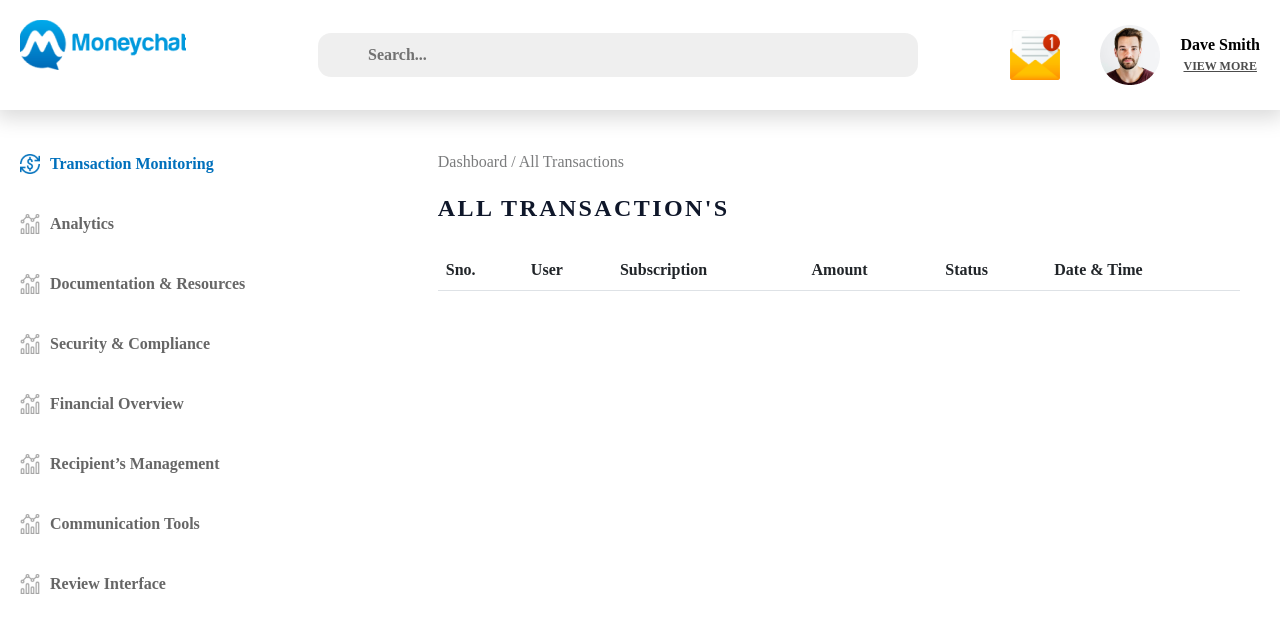
Repository: FlyweisReact/Money-Chat
Page: /transaction
An editor plug-in stored every save of this project. The page is shown before and after the next save, followed by the edit.
The browser window is 1280 px wide. The pictures show the whole page.
The project was rebuilt for these pictures with package versions that can differ from the ones it lists, and the page was loaded fresh each time. Also part of the build but not shown: src/forms/ForgetPassword.js, src/forms/Login.jsx, src/forms/NeedHelp.js, src/forms/Regestration.js, src/forms/Verify.js. Imported but missing from the stored project, and not drawn on this page: src/pages/Component/SpinnerComp.

Above is the page before, as saved 2023-11-30 15:22:26.

### src/index.js
import React from "react";
import ReactDOM from "react-dom/client";
import "./index.css";
import App from "./App";
import { BrowserRouter } from "react-router-dom";
import 'bootstrap/dist/css/bootstrap.min.css'
// Commit Changes
const root = ReactDOM.createRoot(document.getElementById("root"));
root.render(
  <React.StrictMode>
    <BrowserRouter>
      <App />
    </BrowserRouter>
  </React.StrictMode>
);

### src/CSS/style.css
/** @format */

.Login_screen {
  background: linear-gradient(
      0deg,
      rgba(238, 238, 238, 0.2) 0%,
      rgba(238, 238, 238, 0.2) 100%
    ),
    #fff;
  display: flex;
  flex-direction: column;
  justify-content: center;
  align-items: center;
  width: 100%;
  height: 100vh;
}
.Login_screen .Login_Container {
  max-width: 667px;
  max-height: 785px;
  width: 100%;
  height: 100%;
  border-radius: 13px;
  background: #fff;
  box-shadow: 0px 10px 30px 3px rgba(0, 0, 0, 0.15);
  padding: 20px;
  padding-bottom: 50px;
}
.Login_screen .Login_Container .logo {
  display: block;
  margin: auto;
  width: 166px;
  margin-top: 40px;
}
.Login_screen .Login_Container .description {
  margin-top: 40px;
}
.Login_screen .Login_Container .description h6 {
  color: #000;
  text-align: center;
  font-size: 32px;
  font-style: normal;
  font-weight: 700;
  line-height: normal;
}

.Login_screen .Login_Container .description p {
  color: rgba(0, 0, 0, 0.7);
  text-align: center;
  font-size: 20px;
  font-style: normal;
  font-weight: 400;
  line-height: normal;
}

.Login_Container .input_container {
  margin-bottom: 50px;
}
.Login_Container .input_container.special {
  max-height: 300px;
  padding-bottom: 50px;
  overflow-y: scroll;
}
.Login_Container .input_group {
  display: flex;
  gap: 10px;
  align-items: center;
  border-radius: 13px;
  background: rgba(238, 238, 238, 0.2);
  box-shadow: 0px 6px 20px 2px rgba(0, 0, 0, 0.15);
  padding: 15px;
  width: 80%;
  margin: auto;
}
.Login_Container .input_group img {
  width: 20px;
}
.Login_Container .input_group input {
  outline: none;
  border: none;
  color: #0070bc;
  font-size: 16px;
  font-style: normal;
  font-weight: 500;
  line-height: normal;
  font-weight: 600;
  width: 80%;
}
.Login_Container .input_group input.without_color {
  color: rgba(0, 0, 0, 0.7);
}
.Login_Container .input_group input.without_color::placeholder {
  color: rgba(0, 0, 0, 0.7);
}
.Login_Container .input_group input::placeholder {
  color: #0070bc;
  font-weight: 600;
}

.Login_Container .login_btn {
  max-width: 250px;
  width: 100%;
  display: block;
  margin: auto;
  margin-top: 40px;
  color: #fff;
  text-align: center;
  font-size: 18px;
  font-style: normal;
  font-weight: 600;
  line-height: normal;
  border-radius: 10px;
  background: linear-gradient(180deg, #fea82f 0%, #fd575b 100%);
  padding: 15px;
}

.Login_Container .create_new {
  display: flex;
  justify-content: center;
  gap: 20px;
  align-items: center;
  margin-top: 50px;
}

.Login_Container .create_new .item {
  display: flex;
  gap: 10px;
  align-items: center;
  width: 300px;
  justify-content: center;
}
.Login_Container .create_new .item img {
  width: 20px;
}
.Login_Container .create_new .item span {
  color: rgba(0, 0, 0, 0.7);
  text-align: center;
  font-size: 16px;
  font-style: normal;
  font-weight: 600;
  line-height: normal;
}

.Login_Container .create_new .item:first-child {
  border-right: 2px solid #000;
  padding-right: 10px;
}

.Login_Container a {
  text-decoration: none;
}

.Login_Container .button_container {
  display: flex;
  justify-content: space-between;
  align-items: center;
  gap: 20px;
}
.Login_Container .button_container button {
  max-width: 250px;
  width: 100%;
  display: block;
  margin: auto;
  color: #fff;
  text-align: center;
  font-size: 18px;
  font-style: normal;
  font-weight: 600;
  line-height: normal;
  border-radius: 10px;
  background: linear-gradient(180deg, #fea82f 0%, #fd575b 100%);
  padding: 15px;
}

.Login_Container .button_container .cancel {
  max-width: 250px;
  width: 100%;
  display: flex;
  gap: 10px;
  align-items: center;
}
.Login_Container .button_container .cancel a {
  font-size: 18px;
  font-style: normal;
  font-weight: 700;
  line-height: normal;
  text-decoration-line: underline;
  background: linear-gradient(180deg, #fea82f 0%, #fd575b 100%);
  background-clip: text;
  -webkit-background-clip: text;
  -webkit-text-fill-color: transparent;
}
.Login_Container .button_container .cancel img {
  width: 30px;
}

.Login_Container .progress_bar {
  border-radius: 10px;
  background: rgba(196, 196, 196, 0.4);
  width: 100%;
  height: 16px;
  margin-top: 40px;
}

.Login_Container .progress_bar .colored {
  width: 33%;
  border-radius: 10px;
  background: linear-gradient(90deg, #fea82f 0%, #fd575b 100%);
  height: 100%;
}
.Login_Container .progress_bar .second_stage {
  width: 80%;
  border-radius: 10px;
  background: linear-gradient(90deg, #fea82f 0%, #fd575b 100%);
  height: 100%;
}

.Login_Container .input_container .heading {
  color: #0070bc;
  font-size: 20px;
  font-style: normal;
  font-weight: 700;
  line-height: normal;
  padding: 20px;
  padding-bottom: 0;
  margin-top: 20px;
}

.Login_Container .whole_button_container {
  border-radius: 13px;
  background: rgba(238, 238, 238, 0.2);
  box-shadow: 0px 6px 20px 2px rgba(0, 0, 0, 0.15);
  width: 90%;
  margin: auto;
  display: flex;
  align-items: center;
  justify-content: space-between;
  padding-left: 20px;
  padding-right: 20px;
  padding: 10px;
  margin-top: 10px;
}

.Login_Container .whole_button_container p {
  margin: 0;
  color: rgba(0, 0, 0, 0.7);
  font-size: 16px;
  font-style: normal;
  font-weight: 600;
  line-height: normal;
}

.Login_Container .whole_button_container button {
  border-radius: 13px;
  background: rgba(0, 170, 234, 0.5);
  width: 200px;
  padding: 10px;
  color: #fff;
  text-align: center;
  font-size: 16px;
  font-style: normal;
  font-weight: 600;
  line-height: normal;
  display: flex;
  justify-content: center;
  align-items: center;
  gap: 20px;
}

.Login_Container .whole_button_container button.img {
  width: 20px;
}

.verify {
  background: #f0f6f5;
  width: 100%;
  height: 100vh;
}
.verify img {
  width: 800px;
  display: block;
  margin: auto;
}
.verify .colored {
  color: rgba(0, 0, 0, 0.7);
  text-align: center;
  font-size: 32px;
  font-style: normal;
  font-weight: 500;
  line-height: normal;
}
.verify p {
  color: rgba(0, 0, 0, 0.6);
  text-align: center;
  font-size: 24px;
  font-style: normal;
  font-weight: 400;
  line-height: normal;
}

.Login_Container .Drop_Links {
  padding: 20px;
}

.Login_Container .Drop_Links div {
  border-bottom: 1px solid rgba(0, 0, 0, 0.6);
  padding: 20px;
  display: flex;
  justify-content: space-between;
  align-items: center;
  cursor: pointer;
  margin-top: 20px;
}
.Login_Container .Drop_Links div span {
  color: rgba(0, 0, 0, 0.6);
  font-size: 16px;
  font-style: normal;
  font-weight: 600;
  line-height: normal;
}
.Login_Container .Drop_Links div i {
  font-size: 18px;
  color: #fea82f;
}

/* Navbar */
.Navbar {
  background: #fff;
  box-shadow: 0px 4px 20px 4px rgba(0, 0, 0, 0.15);
  display: flex;
  justify-content: space-between;
  align-items: center;
  gap: 20px;
  padding: 20px;
  width: 100%;
  position: relative;
  z-index: 2;
}
.Navbar .logo {
  width: 206px;
}

.Navbar .search_bar {
  border-radius: 13px;
  background: rgba(238, 238, 238, 0.93);
  max-width: 600px;
  width: 100%;
  padding: 10px;
  display: flex;
  gap: 20px;
  align-items: center;
  padding-left: 30px;
}

.Navbar .search_bar input {
  background-color: transparent;
  outline: none;
  width: 90%;
  font-size: 16px;
  font-weight: 600;
}

.Navbar .search_bar input::placeholder {
  color: rgba(30, 30, 30, 0.6);
  font-weight: 600;
}

.Navbar .side_div {
  display: flex;
  align-items: center;
  gap: 20px;
  justify-content: space-between;
  max-width: 250px;
  width: 100%;
}

.Navbar .side_div .notify {
  max-width: 50px;
  width: 100%;
}
.Navbar .side_div .content {
  display: flex;
  align-items: center;
  gap: 20px;
}
.Navbar .side_div .content div {
  display: flex;
  flex-direction: column;
  gap: 5px;
  justify-content: center;
  align-items: center;
}
.Navbar .side_div .content div p {
  margin: 0;
  color: #000;
  font-size: 16px;
  font-style: normal;
  font-weight: 600;
  line-height: normal;
}

.Navbar .side_div .content div a {
  color: rgba(0, 0, 0, 0.7);
  font-size: 12px;
  font-style: normal;
  font-weight: 600;
  text-decoration: underline;
  line-height: normal;
}

/* ---- */
.component_style {
  display: flex;
  gap: 20px;
}
.sidebar {
  background-color: #fff;
  width: 30%;
}

.sidebar ul {
  display: flex;
  gap: 40px;
  flex-direction: column;
  padding: 20px;
}
.sidebar ul li {
  display: flex;
  align-items: center;
  gap: 10px;
}
.sidebar ul li span.link {
  color: rgba(0, 0, 0, 0.6);
  font-size: 16px;
  font-style: normal;
  font-weight: 600;
  line-height: normal;
}

.sidebar ul li img {
  width: 20px;
}
.sidebar ul a {
  text-decoration: none;
}
.sidebar ul a.active li  span.link {
  color: #0070bc;
}

.child_component{
  width: 70%;
  padding: 20px;
}

### src/layout/HOC.jsx
/** @format */

import React, { useState } from "react";
import Navbar from "./Navbar";
import Sidebar from "./Sidebar";

const HOC = (Wcomponenet) => {
  return function Component() {
    const [hamb, setHamb] = useState(false);
    return (
      <>
        <div style={{ backgroundColor: "#f2f3f8" }}>
          <Navbar hamb={hamb} setHamb={setHamb} />
        </div>

        <section className="component_style">
          <Sidebar hamb={hamb} setHamb={setHamb} />
          <div
            className="h-[87%] child_component"
            style={{ overflowY: "auto" }}
          >
            {" "}
            <Wcomponenet />
          </div>
        </section>
      </>
    );
  };
};

export default HOC;

### src/layout/Navbar.jsx
/** @format */
import logo from "../Images/logo.png";

const Navbar = () => {
  return (
    <>
      <div className="Navbar">
        <div className="logo">
          <img src={logo} alt="" />
        </div>

        <div className="search_bar">
          <i className="fa-solid fa-magnifying-glass"></i>
          <input type="search" placeholder="Search..." />
        </div>

        <div className="side_div">
          <img src="./Image/13.png" alt="" className="notify" />

          <div className="content">
            <img src="./Image/12.png" alt="" />
            <div>
              <p className="head">Dave Smith</p>
              <a>VIEW MORE </a>
            </div>
          </div>

        </div>


      </div>
    </>
  );
};

export default Navbar;

### src/layout/Sidebar.jsx
/** @format */

import React from "react";
import { Link, useLocation, useNavigate } from "react-router-dom";
import { toast } from "react-toastify";

const Sidebar = () => {
  const navigate = useNavigate();
  const location = useLocation();

  const nav = [
    {
      img: "./Image/14.svg",
      activeImg: "./Image/Monitoring.svg",
      link: "/transaction",
      name: "Transaction Monitoring",
    },
    {
      img: "./Image/Analytics.svg",
      activeImg: "./Image/Analyticsactive.svg",
      link: "/Product",
      name: "Analytics ",
    },

    {
      img: "./Image/Analytics.svg",
      activeImg: "./Image/Analyticsactive.svg",
      link: "/service",
      name: "Documentation & Resources",
    },
    {
      img: "./Image/Analytics.svg",
      activeImg: "./Image/Analyticsactive.svg",
      link: "/gallery",
      name: "Security & Compliance",
    },
    {
      img: "./Image/Analytics.svg",
      activeImg: "./Image/Analyticsactive.svg",
      link: "/getblog",
      name: "Financial Overview",
    },
    {
      img: "./Image/Analytics.svg",
      activeImg: "./Image/Analyticsactive.svg",
      link: "/privacy-policy",
      name: "Recipient’s Management",
    },
    {
      img: "./Image/Analytics.svg",
      activeImg: "./Image/Analyticsactive.svg",
      link: "/terms",
      name: "Communication Tools",
    },
    {
      img: "./Image/Analytics.svg",
      activeImg: "./Image/Analyticsactive.svg",
      link: "/brand",
      name: "Review Interface",
    },
  ];

  const logOut = () => {
    localStorage.clear();
    navigate("/");
    toast.success("Logged Out");
  };

  function ImgFinder(i) {
    if (i.link === location.pathname) {
      return i.activeImg;
    } else {
      return i.img;
    }
  }

  return (
    <>
      <aside className="sidebar">
        <nav className="py-6">
          <ul>
            {nav.map((nav) => {
              return (
                <Link
                  to={nav.link}
                  key={nav.name}
                  className={`Links ${
                    nav.link === location.pathname ? "active" : ""
                  }`}
                >
                  <li>
                    <img src={ImgFinder(nav)} alt="" />
                    <span className="link"> {nav.name}</span>
                  </li>
                </Link>
              );
            })}
          </ul>

          <span
            className="flex my-3 items-center cursor-pointer text-gray-900    tracking-wider p-2 rounded-sm"
            onClick={() => logOut()}
            style={{ color: "#FFF", textTransform: "uppercase" }}
          ></span>
        </nav>
      </aside>
    </>
  );
};

export default Sidebar;

Loaded but not shown: tailwind.config.js (common file); src/App.js (46 lines, source omitted); src/pages/Transaction/Transaction.js (42 lines, source omitted); src/index.css (923 lines, source omitted)

After the next save:
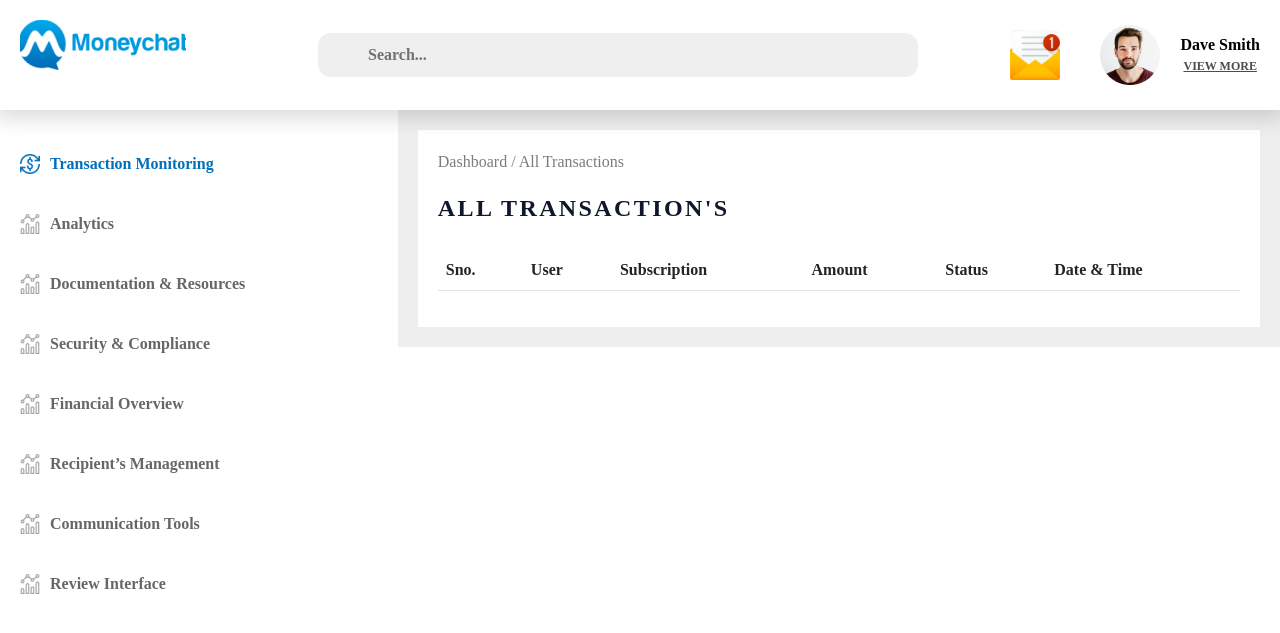
Saved 8 s later.
--- a/src/CSS/style.css
+++ b/src/CSS/style.css
@@ -449,4 +449,5 @@
 .child_component{
   width: 70%;
   padding: 20px;
-}
+  background: #EEE;
+}

After the save that followed:
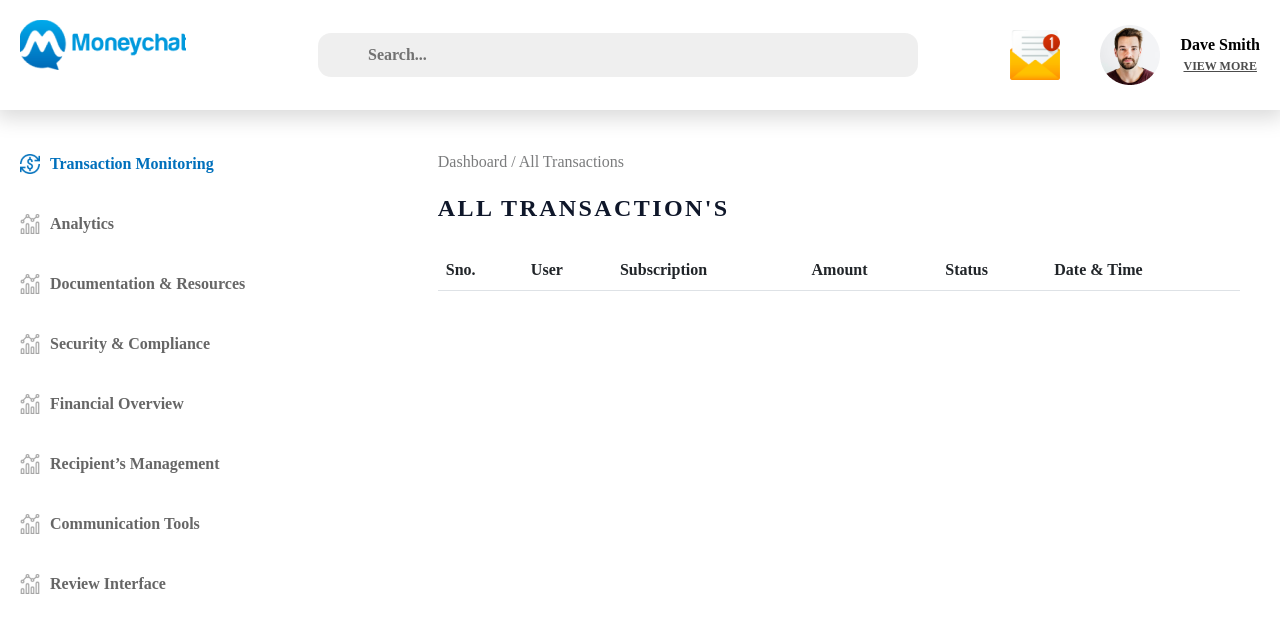
Saved 16 s later.
--- a/src/CSS/style.css
+++ b/src/CSS/style.css
@@ -448,6 +448,4 @@
 
 .child_component{
   width: 70%;
-  padding: 20px;
-  background: #EEE;
-}
+  padding: 20px;}
